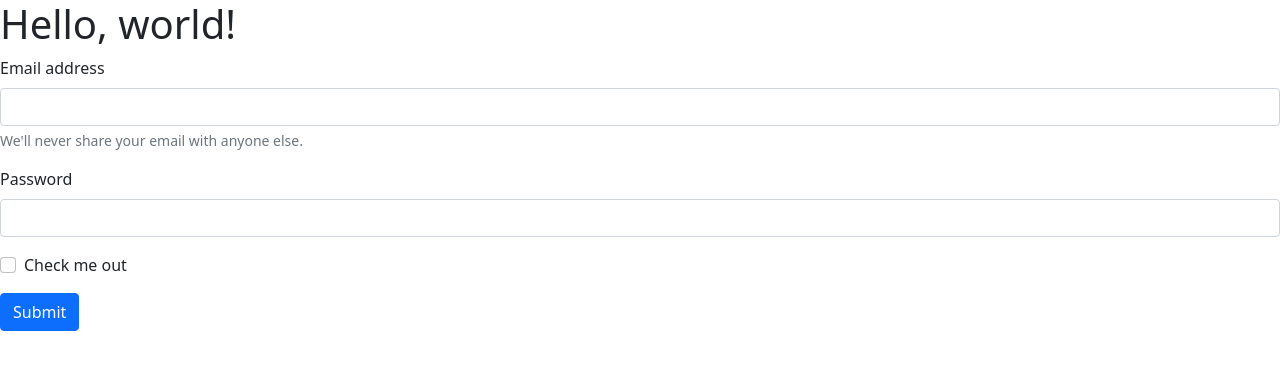
Repository: IamPawan777/spring-MCV
Page: http://localhost/p4.1-sending-data-to-controller/form
These files come from the project's save history. The page is drawn as it stood at one moment and after the next save; the edit follows.
The browser window is 1280 px wide. The pictures show the whole page.
The page is served by Tomcat 9.

Above is the page before, as saved 2025-01-13 13:34:50.

After the next save:
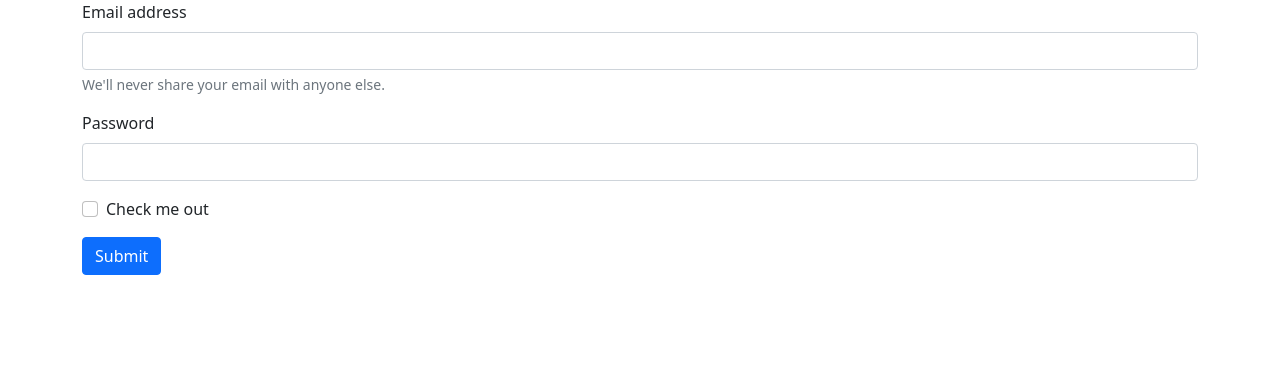
Saved 2 min 46 s later.
--- a/p4.1-sending-data-to-controller/src/main/webapp/WEB-INF/pages/form.jsp
+++ b/p4.1-sending-data-to-controller/src/main/webapp/WEB-INF/pages/form.jsp
@@ -17,28 +17,29 @@
 <title>Hello, world!</title>
 </head>
 <body>
-	<h1>Hello, world!</h1>
 
-	<form>
-		<div class="mb-3">
-			<label for="exampleInputEmail1" class="form-label">Email
-				address</label> <input type="email" class="form-control"
-				id="exampleInputEmail1" aria-describedby="emailHelp">
-			<div id="emailHelp" class="form-text">We'll never share your
-				email with anyone else.</div>
-		</div>
-		<div class="mb-3">
-			<label for="exampleInputPassword1" class="form-label">Password</label>
-			<input type="password" class="form-control"
-				id="exampleInputPassword1">
-		</div>
-		<div class="mb-3 form-check">
-			<input type="checkbox" class="form-check-input" id="exampleCheck1">
-			<label class="form-check-label" for="exampleCheck1">Check me
-				out</label>
-		</div>
-		<button type="submit" class="btn btn-primary">Submit</button>
-	</form>
+	<div class="container">
+		<form>
+			<div class="mb-3">
+				<label for="exampleInputEmail1" class="form-label">Email
+					address</label> <input type="email" class="form-control"
+					id="exampleInputEmail1" aria-describedby="emailHelp">
+				<div id="emailHelp" class="form-text">We'll never share your
+					email with anyone else.</div>
+			</div>
+			<div class="mb-3">
+				<label for="exampleInputPassword1" class="form-label">Password</label>
+				<input type="password" class="form-control"
+					id="exampleInputPassword1">
+			</div>
+			<div class="mb-3 form-check">
+				<input type="checkbox" class="form-check-input" id="exampleCheck1">
+				<label class="form-check-label" for="exampleCheck1">Check me
+					out</label>
+			</div>
+			<button type="submit" class="btn btn-primary">Submit</button>
+		</form>
+	</div>
 
 	<!-- Optional JavaScript; choose one of the two! -->
 
